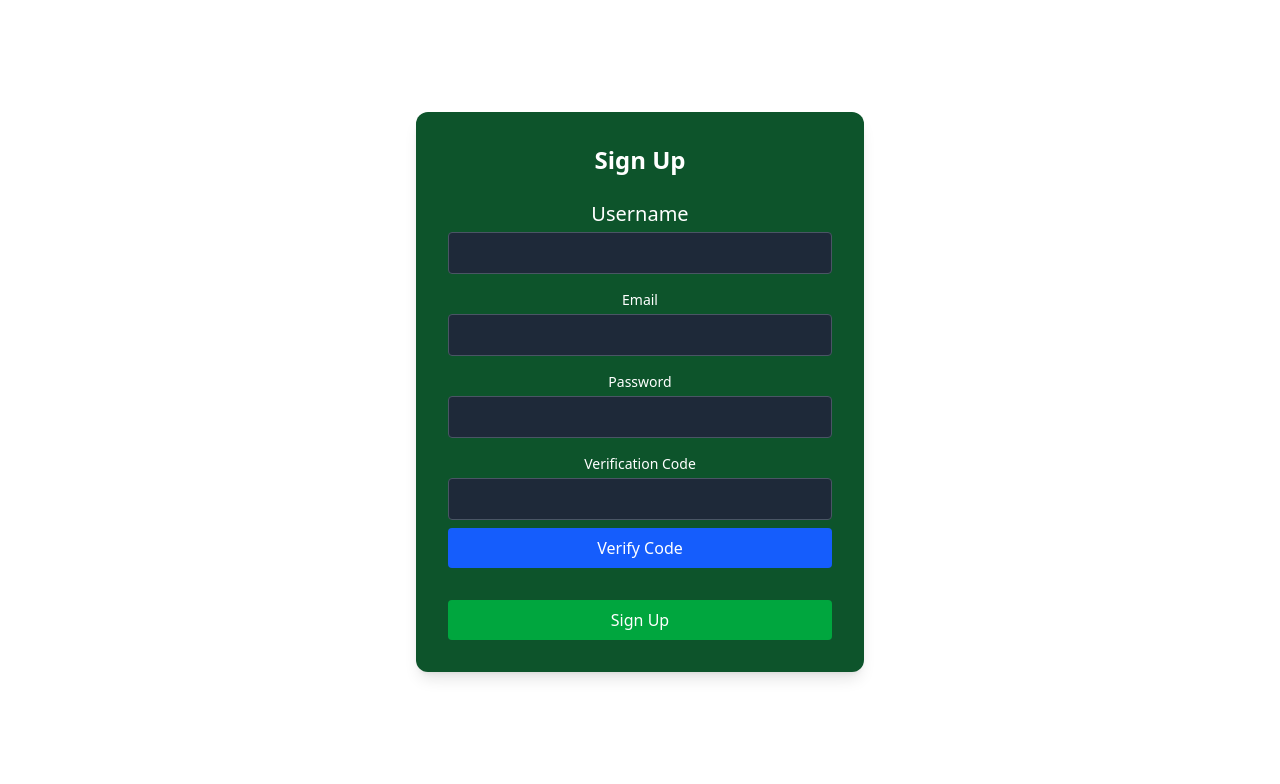
Repository: Meruem09/Briskly
Page: / (app in briskly/)
The author's editor kept a copy of each file at every save. The page is drawn from the files as they stood at one save, then again after the next save.
The browser window is 1280 px wide. The pictures show the whole page.
The project was rebuilt for these pictures with package versions that can differ from the ones it lists, and the page was loaded fresh each time. Some packages were replaced by stand-ins written for this rebuild. Also part of the build but not shown: briskly/vite.config.js.

Above is the page before, as saved 2025-06-27 18:05:55.

### briskly/src/main.jsx
import { StrictMode } from 'react'
import { createRoot } from 'react-dom/client'
import { ClerkProvider } from '@clerk/clerk-react'
import './index.css'
import App from './App.jsx'

const PUBLISHABLE_KEY = import.meta.env.VITE_CLERK_PUBLISHABLE_KEY

if(!PUBLISHABLE_KEY){
  throw new Error('Add your clerk publishable key to .env file')
}
createRoot(document.getElementById('root')).render(
  <StrictMode>
    <ClerkProvider publishableKey={PUBLISHABLE_KEY}>
      <App />
    </ClerkProvider>
  </StrictMode>,
)

### briskly/src/index.css
@tailwind base;
@tailwind components;
@tailwind utilities;
@import "tailwindcss";
@import "tw-animate-css";

### briskly/src/App.jsx
import { useState } from 'react'
import './App.css'
import SignUpPage from './component/SignUpPage'

function App() {
  const [count, setCount] = useState(0)

  return (
    <>
    <SignUpPage/>
    </>
  )
}

export default App

### briskly/src/component/SignUpPage.jsx
import React, { useState } from "react";

export default function SignUpPage() {
  const [username, setUsername] = useState("");
  const [emailAddress, setEmail] = useState("");
  const [password, setPassword] = useState("");
  const [verificationCode, setVerificationCode] = useState("");

  const handleSignUp = (e) => {
    e.preventDefault();
    console.log("Signing up with:", { username, emailAddress, password });
    // Add your signup API call here
  };

  const handleVerify = () => {
    console.log("Verifying code:", verificationCode);
    // Add your verification logic here
  };

  return (
    <div className="min-h-screen flex items-center justify-center bg-green text-white px-4">
      <div className="w-full max-w-md bg-green-900 p-8 rounded-xl shadow-lg">
        <h2 className="text-2xl font-bold mb-6">Sign Up</h2>

        <form onSubmit={handleSignUp} className="space-y-4">
          <div>
            <label className="block text-xl mb-1">Username</label>
            <input
              type="text"
              value={username}
              onChange={(e) => setUsername(e.target.value)}
              className="w-full px-4 py-2 bg-gray-800 text-white rounded border border-gray-600 focus:outline-none focus:ring-2 focus:ring-blue-500"
              required
            />
          </div>

          <div>
            <label className="block text-sm mb-1">Email</label>
            <input
              type="email"
              value={emailAddress}
              onChange={(e) => setEmail(e.target.value)}
              className="w-full px-4 py-2 bg-gray-800 text-white rounded border border-gray-600 focus:outline-none focus:ring-2 focus:ring-blue-500"
              required
            />
          </div>

          <div>
            <label className="block text-sm mb-1">Password</label>
            <input
              type="password"
              value={password}
              onChange={(e) => setPassword(e.target.value)}
              className="w-full px-4 py-2 bg-gray-800 text-white rounded border border-gray-600 focus:outline-none focus:ring-2 focus:ring-blue-500"
              required
              minLength={8}
            />
          </div>

          <div>
            <label className="block text-sm mb-1">Verification Code</label>
            <input
              type="text"
              value={verificationCode}
              onChange={(e) => setVerificationCode(e.target.value)}
              className="w-full px-4 py-2 bg-gray-800 text-white rounded border border-gray-600 focus:outline-none focus:ring-2 focus:ring-blue-500"
              required
            />
            <button
              type="button"
              onClick={handleVerify}
              className="mt-2 w-full bg-blue-600 hover:bg-blue-700 text-white py-2 rounded transition-colors"
            >
              Verify Code
            </button>
          </div>

          <button
            type="submit"
            className="w-full mt-4 bg-green-600 hover:bg-green-700 text-white py-2 rounded transition-colors"
          >
            Sign Up
          </button>
        </form>
      </div>
    </div>
  );
}

Loaded but not shown: briskly/index.html (common file); briskly/src/App.css (common file)

After the next save:
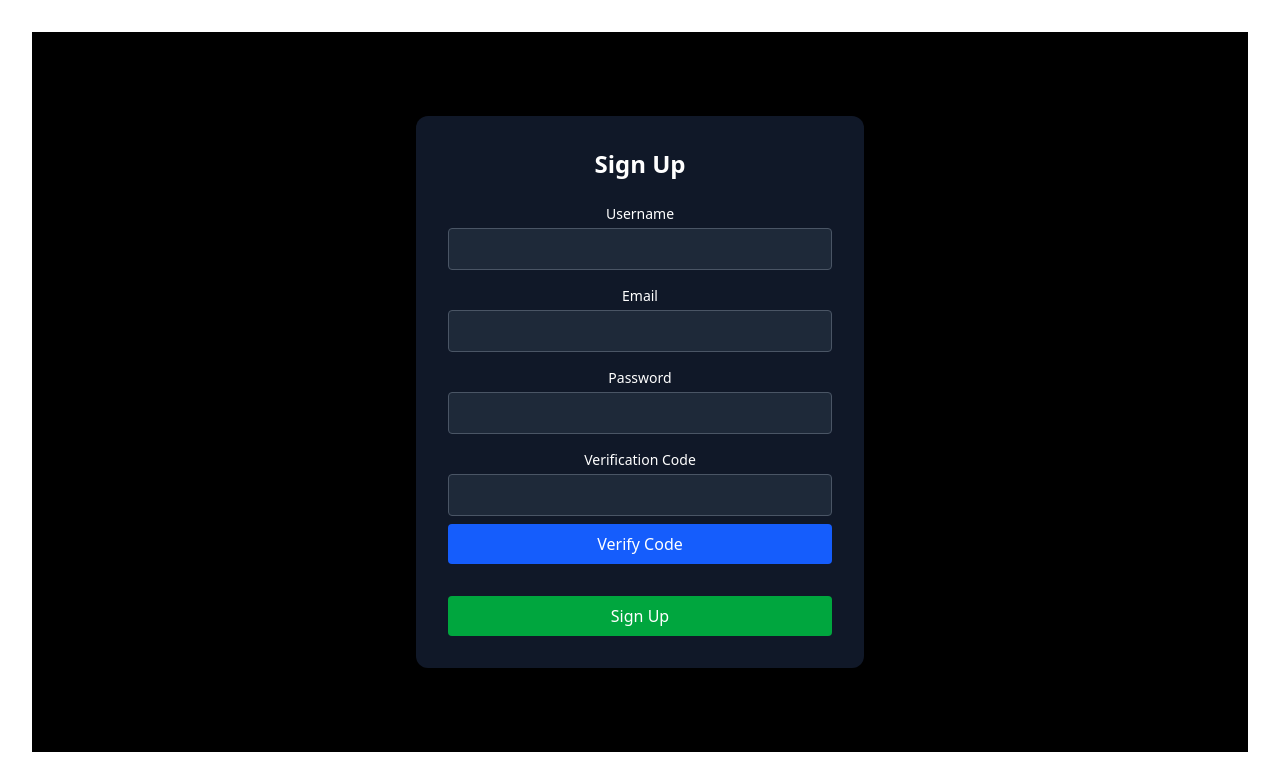
Saved 52 s later.
--- a/briskly/src/component/SignUpPage.jsx
+++ b/briskly/src/component/SignUpPage.jsx
@@ -18,13 +18,13 @@
   };
 
   return (
-    <div className="min-h-screen flex items-center justify-center bg-green text-white px-4">
-      <div className="w-full max-w-md bg-green-900 p-8 rounded-xl shadow-lg">
+    <div className="min-h-screen flex items-center justify-center bg-black text-white px-4">
+      <div className="w-full max-w-md bg-gray-900 p-8 rounded-xl shadow-lg">
         <h2 className="text-2xl font-bold mb-6">Sign Up</h2>
 
         <form onSubmit={handleSignUp} className="space-y-4">
           <div>
-            <label className="block text-xl mb-1">Username</label>
+            <label className="block text-sm mb-1">Username</label>
             <input
               type="text"
               value={username}
